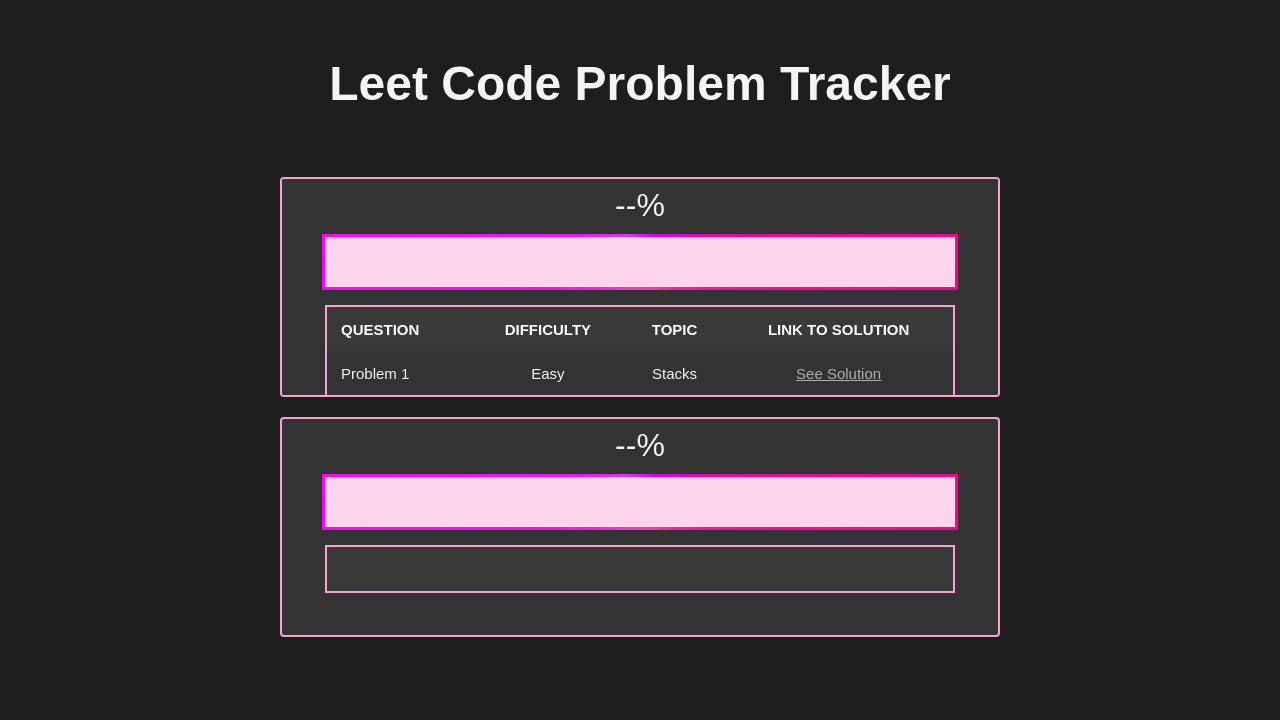
Repository: bbrockbrown/leet-code-tracker
Page: index.html
An editor plug-in stored every save of this project. The page is shown before and after the next save, followed by the edit.
The browser window is 1280 px wide. The pictures show the whole page.

Above is the page before, as saved 2024-07-28 17:31:09.

After the next save:
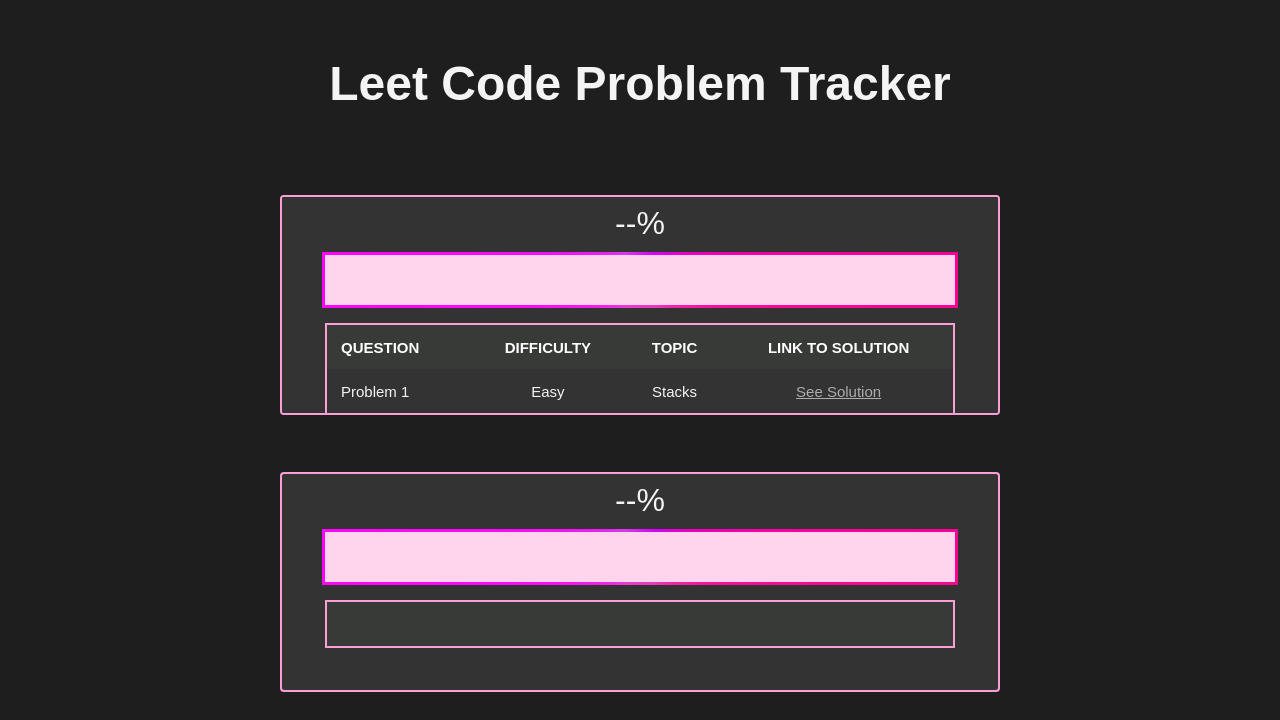
Saved 2 min 15 s later.
--- a/styles.css
+++ b/styles.css
@@ -13,6 +13,12 @@
   initial-value: 0deg;
   inherits: false;
 }
+
+html, body {
+    height: 100%;
+    display: flex;
+    flex-direction: column;
+  }
 
 head {
     display: none;
